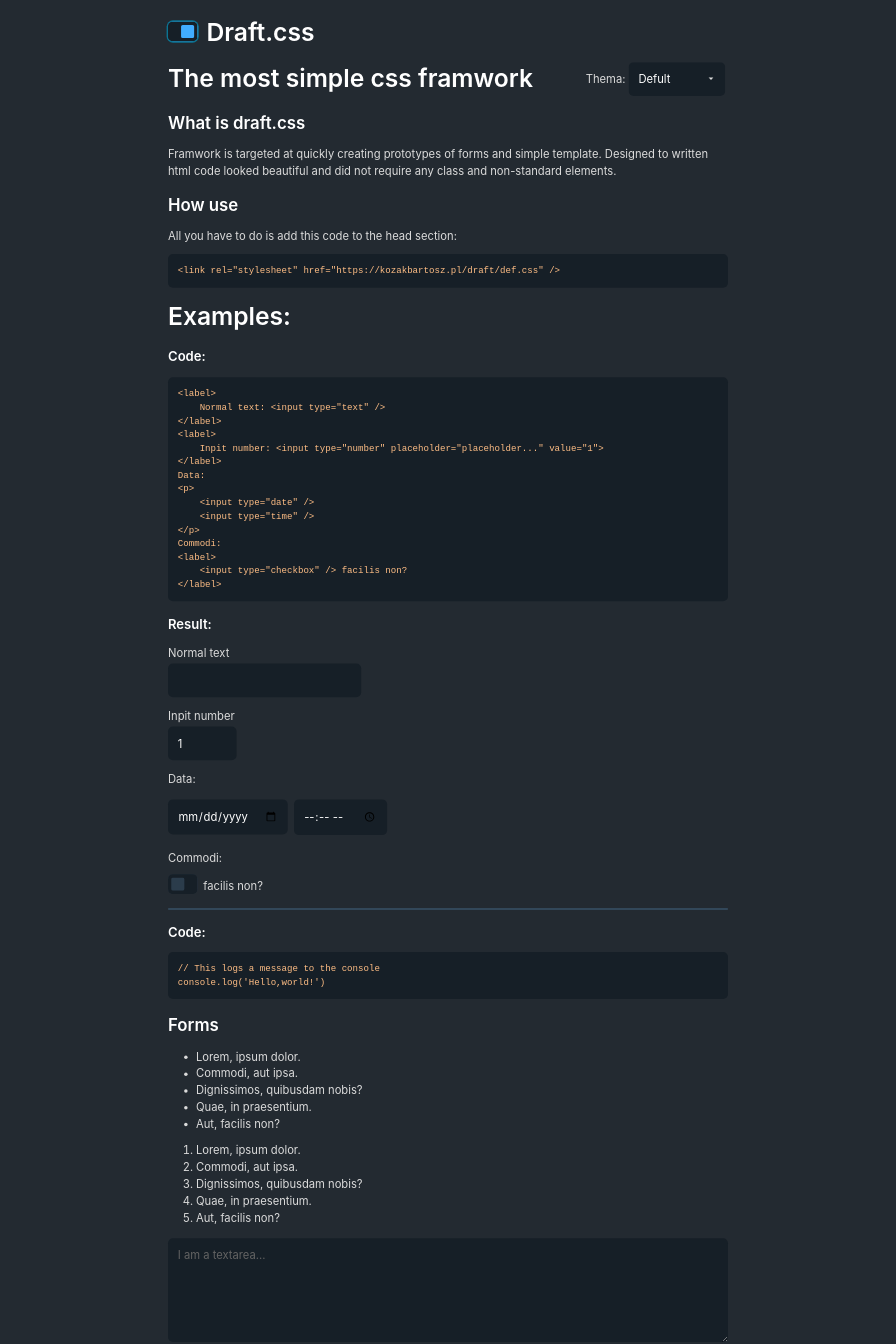
Repository: KozakBartosz/Draft
Page: index.html
An editor plug-in stored every save of this project. The page is shown before and after the next save, followed by the edit.
The browser window is 1280 px wide. The pictures show the part of the page from y = 0 to 1920 px (the page is 4616 px tall), at 70% of full size.

Above is the page before, as saved 2019-04-12 08:45:11.

After the next save:
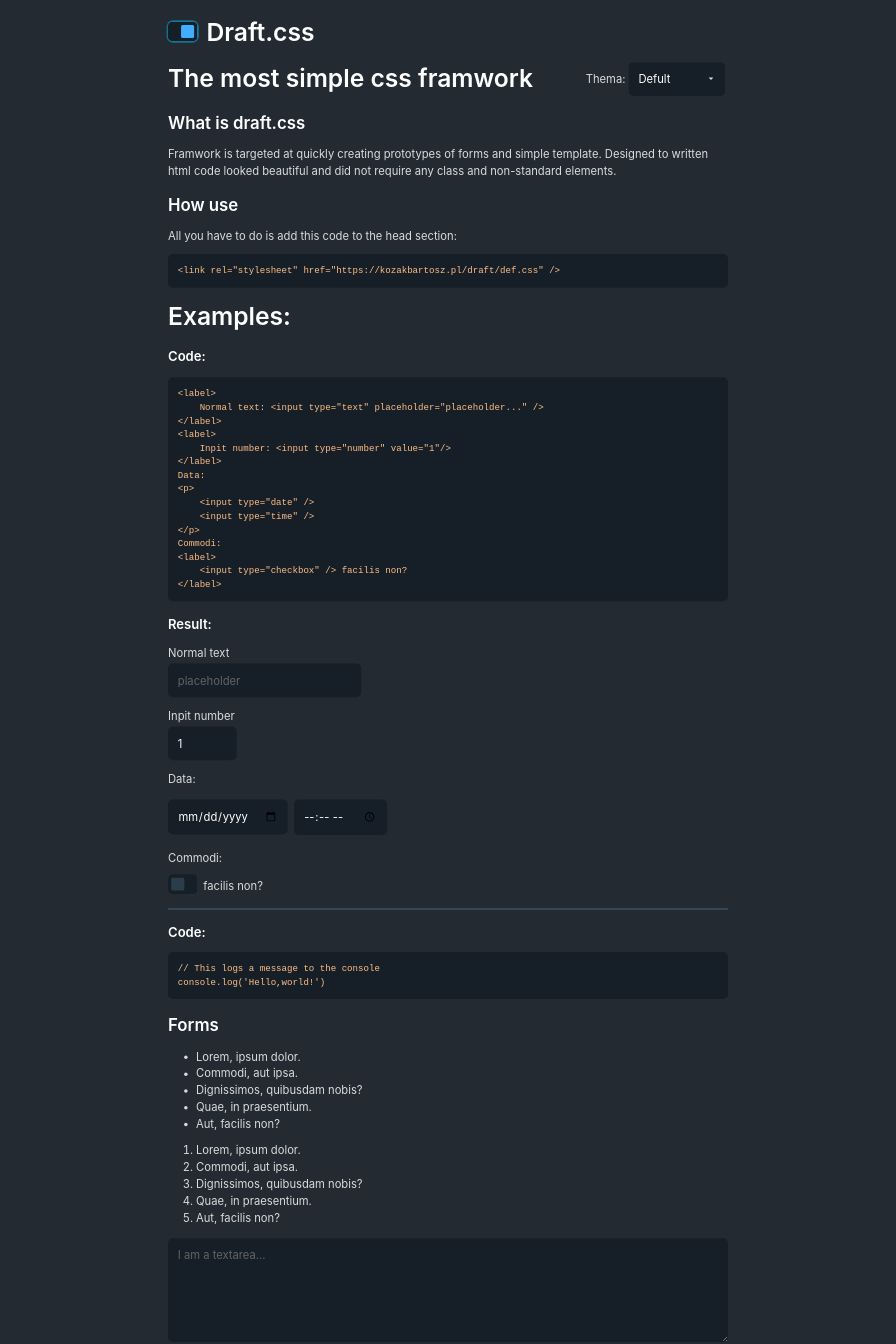
Saved 33 s later.
--- a/index.html
+++ b/index.html
@@ -35,15 +35,15 @@
 
 		<h3>Code:</h3>
 
-		<pre><code>&lt;label&gt;<br />&nbsp; &nbsp; Normal text: &lt;input type="text" /&gt;<br />&lt;/label&gt;<br />&lt;label&gt;<br />&nbsp; &nbsp; Inpit number: &lt;input type="number" placeholder="placeholder..." value="1"&gt;<br />&lt;/label&gt;<br />Data:<br />&lt;p&gt;<br />&nbsp; &nbsp; &lt;input type="date" /&gt;<br />&nbsp; &nbsp; &lt;input type="time" /&gt;<br />&lt;/p&gt;<br />Commodi:<br />&lt;label&gt;<br />&nbsp; &nbsp; &lt;input type="checkbox" /&gt; facilis non?<br />&lt;/label&gt;</code></pre>
+		<pre><code>&lt;label&gt;<br />&nbsp; &nbsp; Normal text: &lt;input type="text" placeholder="placeholder..." /&gt;<br />&lt;/label&gt;<br />&lt;label&gt;<br />&nbsp; &nbsp; Inpit number: &lt;input type="number" value="1"/&gt;<br />&lt;/label&gt;<br />Data:<br />&lt;p&gt;<br />&nbsp; &nbsp; &lt;input type="date" /&gt;<br />&nbsp; &nbsp; &lt;input type="time" /&gt;<br />&lt;/p&gt;<br />Commodi:<br />&lt;label&gt;<br />&nbsp; &nbsp; &lt;input type="checkbox" /&gt; facilis non?<br />&lt;/label&gt;</code></pre>
 		<h3>Result:</h3>
 		<label>
 			Normal text
-			<input type="text" />
+			<input type="text" placeholder="placeholder" />
 		</label>
 		<label>
 			Inpit number
-			<input type="number" value="1" placeholder="placeholder" />
+			<input type="number" value="1" />
 		</label>
 		Data:
 		<p>
